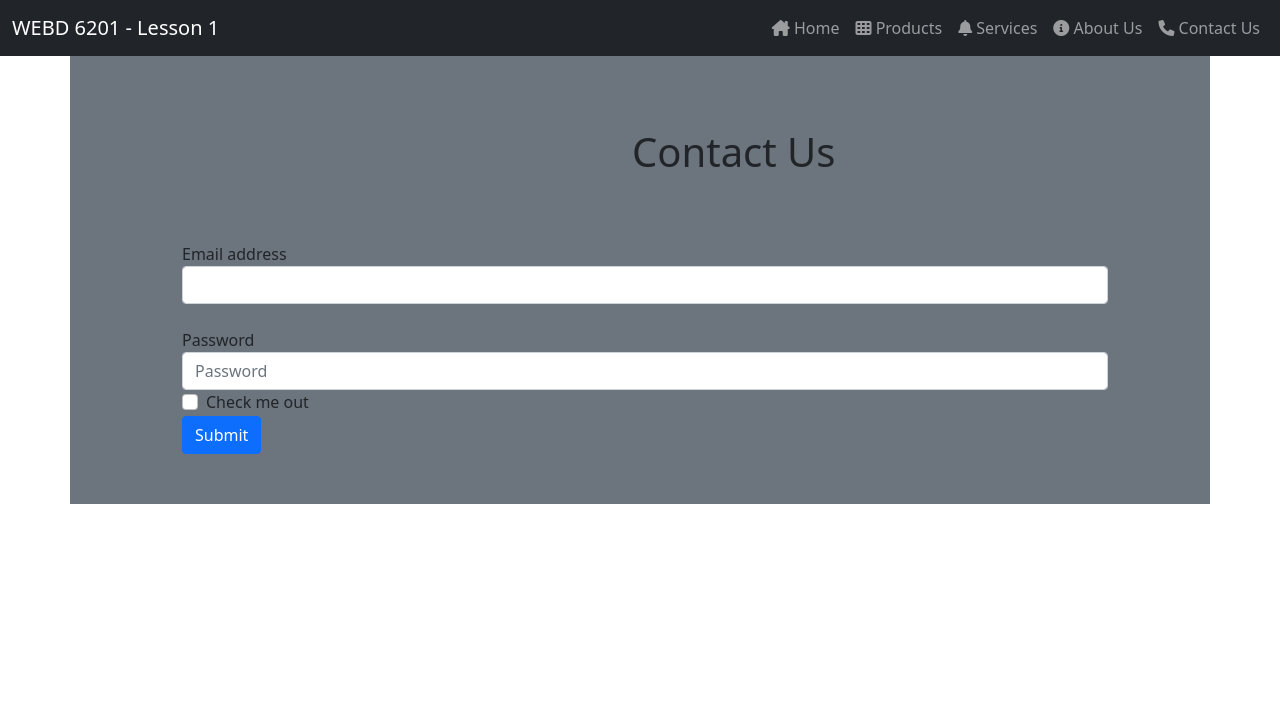
Repository: devanshudave1901/DevanshuDave_AngaranYogeswaranLab2
Page: contact.html
These files come from the project's save history. The page is drawn as it stood at one moment and after the next save; the edit follows.
The browser window is 1280 px wide. The pictures show the whole page.

Above is the page before, as saved 2022-02-10 12:22:46.

After the next save:
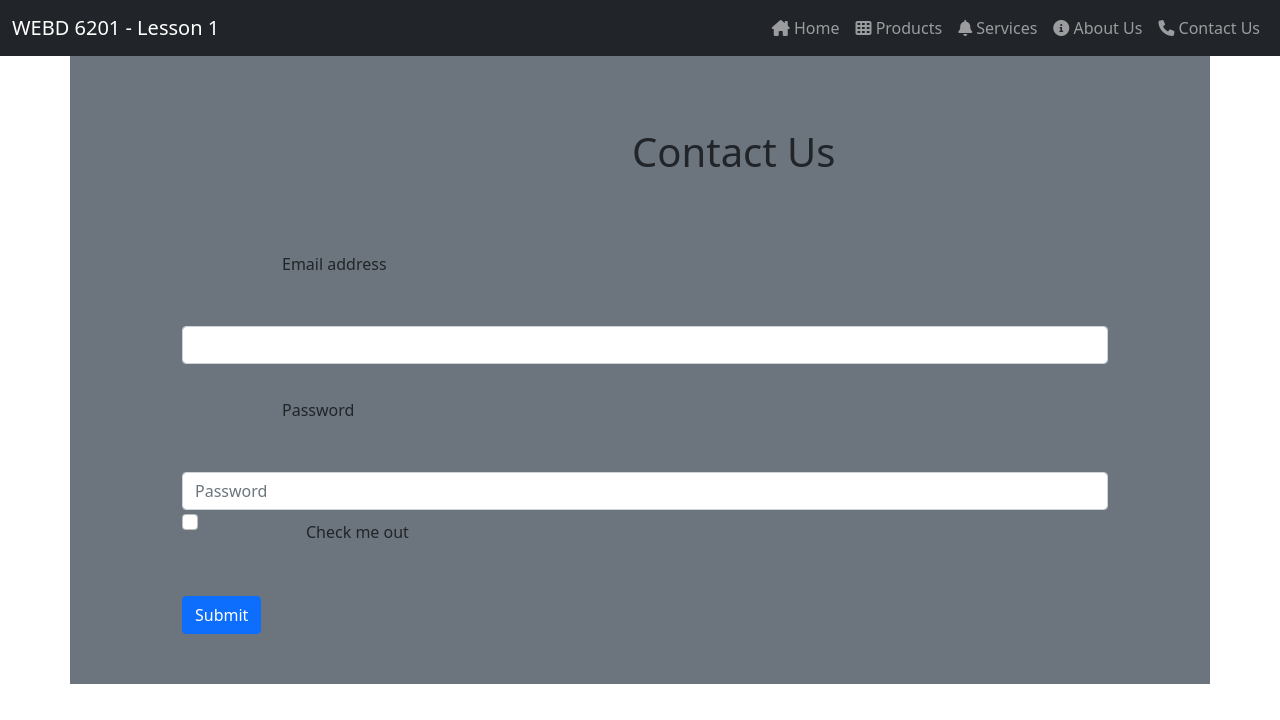
Saved 15 s later.
--- a/Content/app.css
+++ b/Content/app.css
@@ -1,4 +1,7 @@
 #Contactform {
+  padding: 10px 90px 50px 100px;
+}
+#Contactform label {
   padding: 10px 90px 50px 100px;
 }
 

After the save that followed:
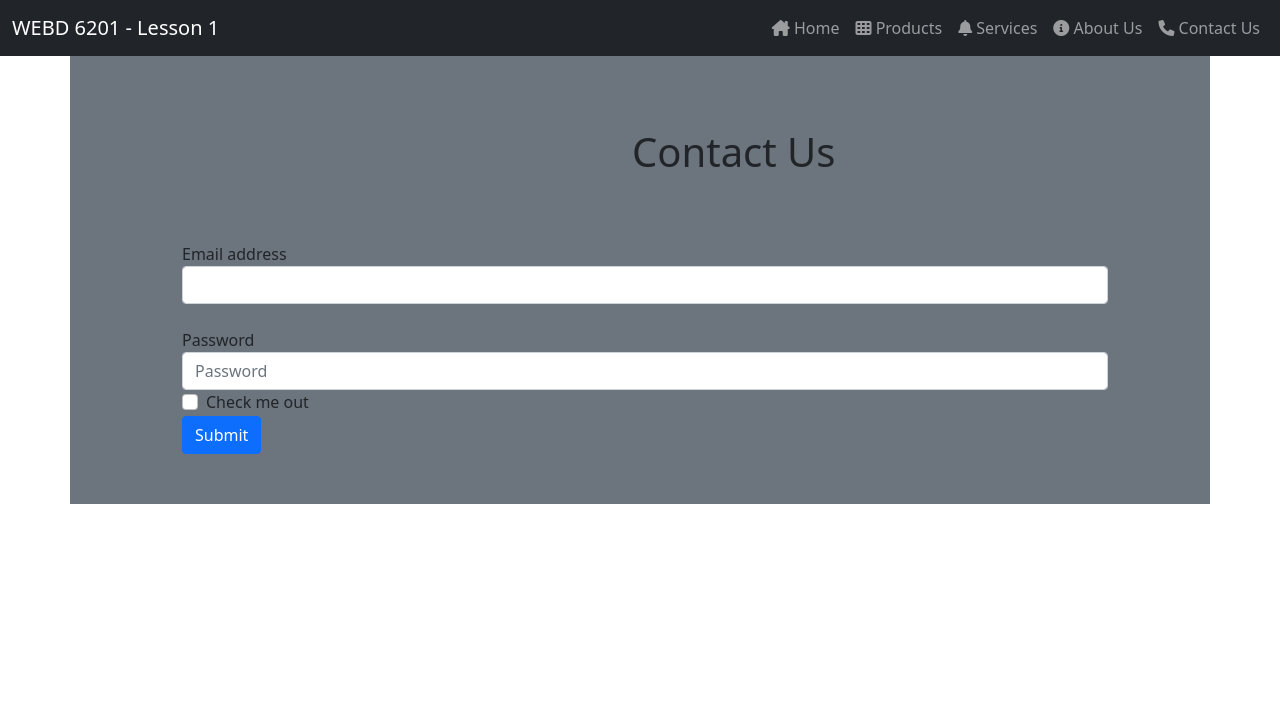
Saved 6 s later.
--- a/Content/app.css
+++ b/Content/app.css
@@ -2,7 +2,6 @@
   padding: 10px 90px 50px 100px;
 }
 #Contactform label {
-  padding: 10px 90px 50px 100px;
 }
 
 .formInputBox {
